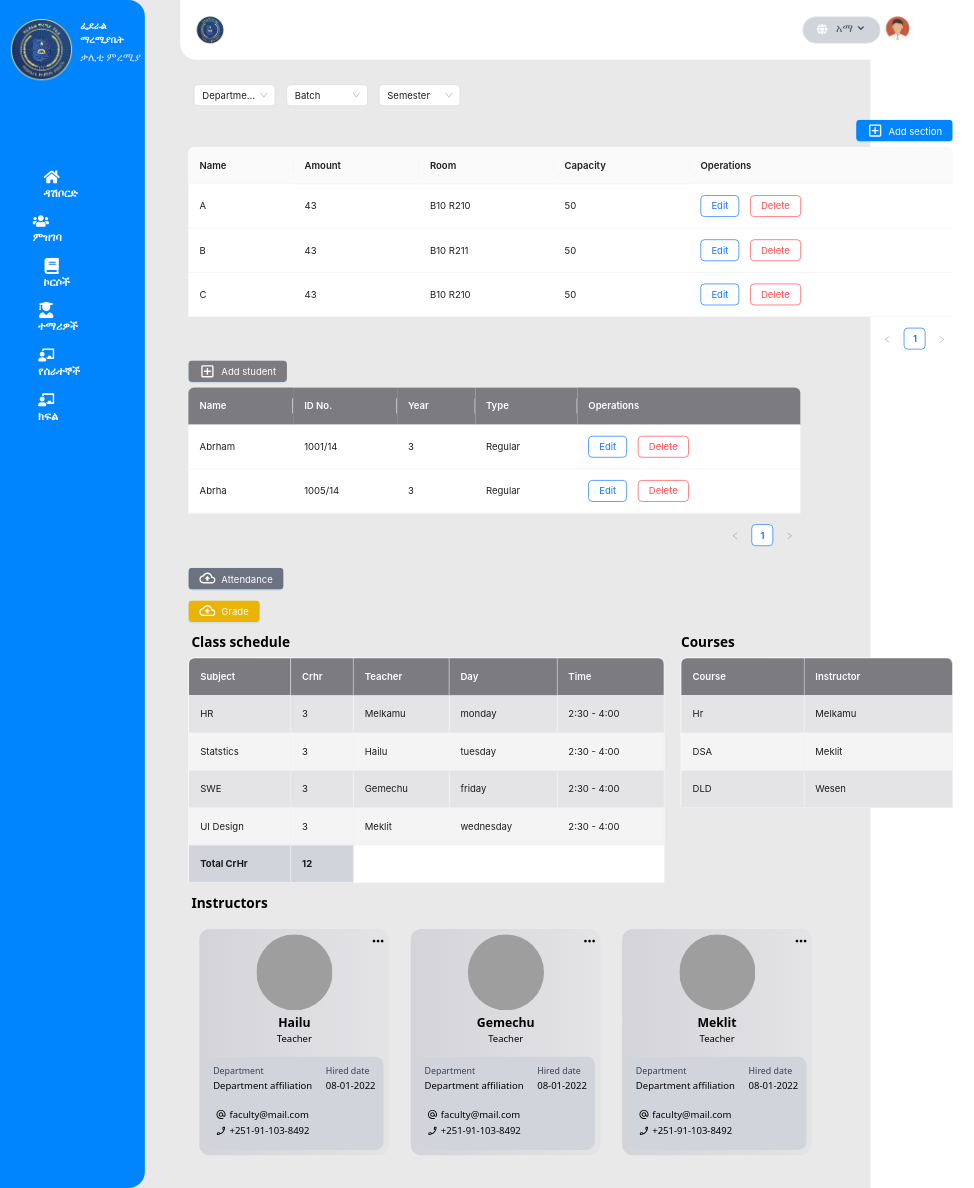
Repository: Yigoya/federal-prison-education-ms-frontend
Page: /classroom, after clicking the first element matching `td.ant-table-cell > a`
An editor plug-in stored every save of this project. The page is shown before and after the next save, followed by the edit.
The browser window is 1280 px wide. The page is 1433 px wide, so the pictures cover 1433 px, including what lies to the right of the window. The pictures show the whole page, at 68% of full size.
Pictures or frames that could not be fetched are drawn as grey boxes. The project was rebuilt for these pictures with package versions that can differ from the ones it lists, and the page was loaded fresh each time. Also part of the build but not shown: vite.config.js, src/pages/DashBoard.jsx, src/pages/Courses.jsx, src/layout/AuthLayout.jsx, src/pages/Login.jsx, src/pages/Teachers.jsx, src/pages/StudentRegistration.jsx, src/components/classroom/ComboBox.jsx and 1 more. Imported but missing from the stored project, and not drawn on this page: src/pages/Students.

Above is the page before, as saved 2024-07-05 16:53:05.

After the next save:
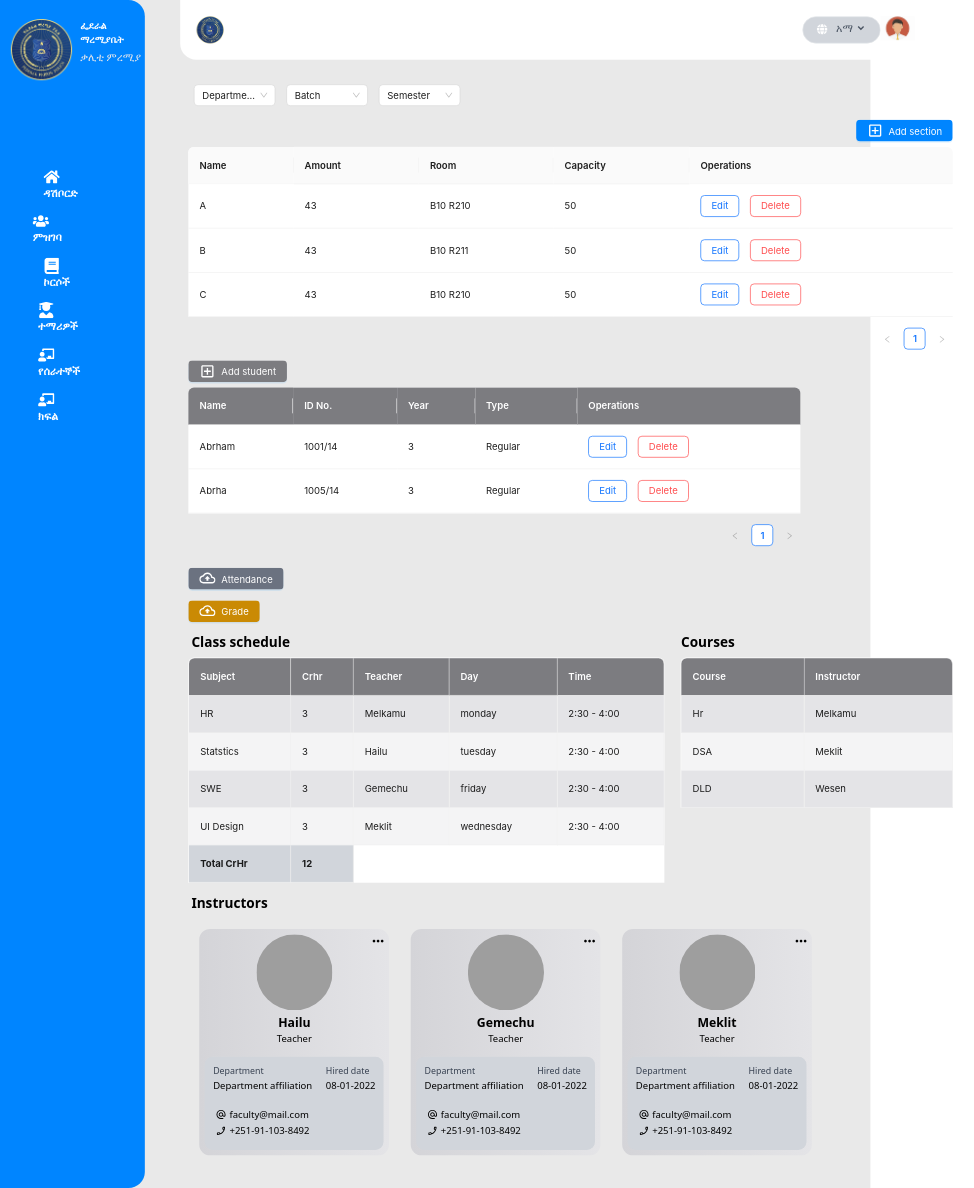
Saved 9 s later.
--- a/src/components/classroom/SectionsTable.jsx
+++ b/src/components/classroom/SectionsTable.jsx
@@ -60,7 +60,7 @@
           <StudentsTable section={activeSection} />
           <div className="flex flex-col gap-4 my-4">
           <UploadCenter text={"Attendance"} color={"bg-gray-500"} />
-          <UploadCenter text={"Grade"} color={"bg-yellow-500"} />
+          <UploadCenter text={"Grade"} color={"bg-yellow-600"} />
           </div>
           <div className="flex gap-3">
             <ClassSchedule /> <br />
